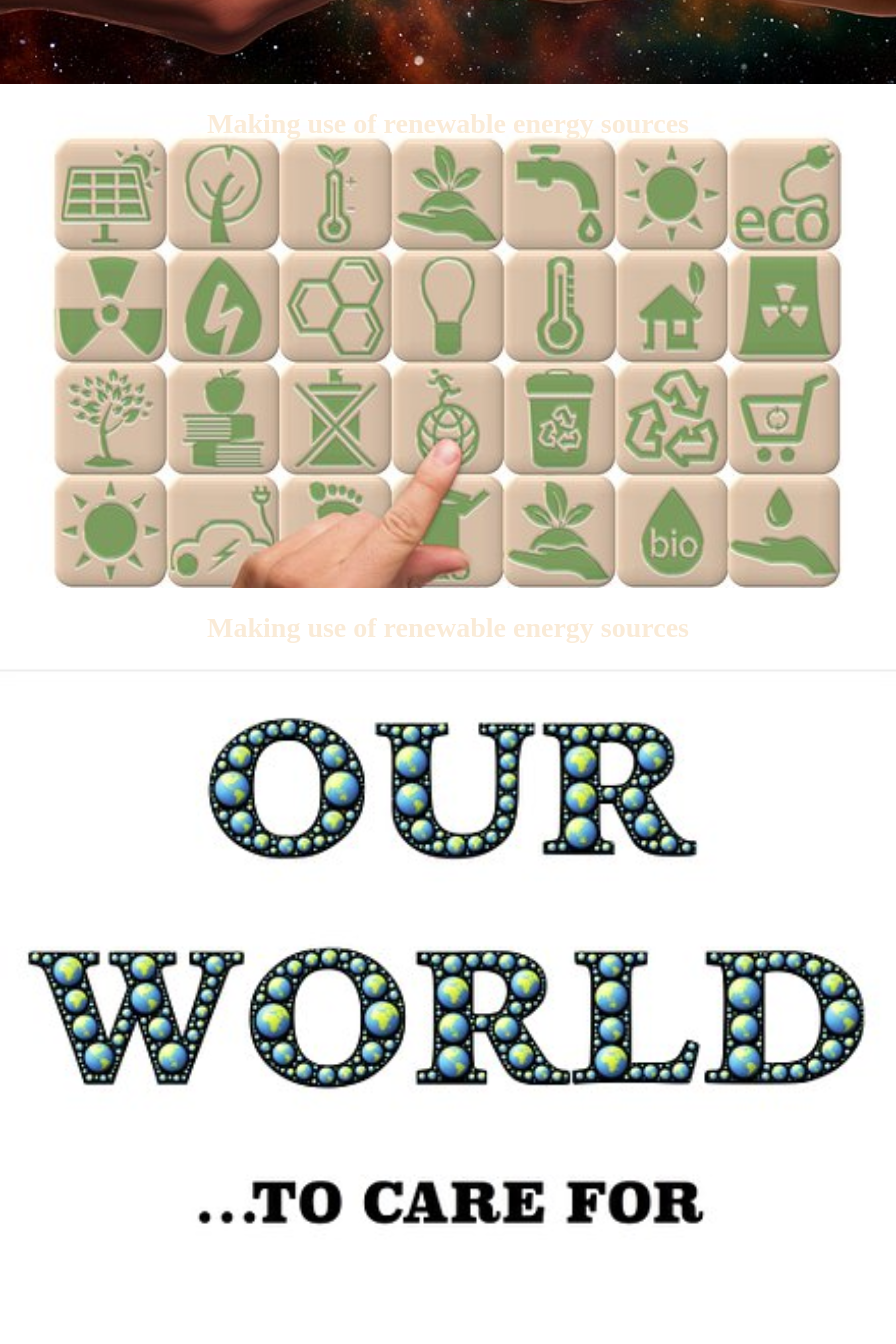
Repository: NavinDayanithi/static-web-design-competition
Page: index.html
An editor plug-in stored every save of this project. The page is shown before and after the next save, followed by the edit.
The browser window is 1280 px wide. The pictures show the part of the page from y = 2840 to 4760 px (the page is 4760 px tall before and 4400 px after), at 70% of full size.
Backgrounds fixed to the window are drawn as part of the page.

Above is the page before, as saved 2023-04-28 20:34:51.

### index.html
<!DOCTYPE html>
<html lang="en">
<head>
  <title>POWERING CLIMATE </title>
  <link rel="stylesheet" href="styles.css">
</head>
<body>
    <h1 >POWERING A CLIMATE FOR SAFER FUTURE</h1>
    <div class="box1">
        <h2>Making use of renewable energy sources</h2>
    </div>
    <div class="box2">
        <h2>Planting more trees</h2>
    </div>
    <div class="box3">
        <h2>Gaining natural source of energy</h2>
    </div>
    <div class="box4">
        <h2>Making use of renewable energy sources</h2>
    </div>
    <div class="box5">
        <h2>Making use of renewable energy sources</h2>
    </div>
    <div class="box6">
        <h2>Making use of renewable energy sources</h2>
    </div>
</body>
</html>

### styles.css

h1
{
    text-align:center;
    color:rgb(19, 20, 20);
    background-color: rgb(181, 191, 195);

}
h2{
    text-align: center;
    color: antiquewhite;
    font-size:40px;
}

 body{
    margin: 0;
    padding: 0;
    /* background-color: blue; */
}
head{
    text-align: center;
}

.box1{
    height: 100vh;
    width:100%;
    background-image: url(img1.jpg);
    background-size: cover;
    background-position: center;
    display: table;
    background-attachment: fixed;
}

.box2{
    height: 100vh;
    width:100%;
    background-image: url(img2.jpg);
    background-size: cover;
    background-position: center;
    display: table;
    background-attachment: fixed;
}

.box3{
    height: 100vh;
    width:100%;
    background-image: url(img3.jpg);
    background-size:cover;
    display: table;
    background-attachment: fixed;

}


.box4{
    height: 100vh;
    width:100%;
    background-image: url(img4.jpg);
    background-size: cover;
    background-position: center;
    display: table;
    background-attachment: fixed;
}

.box5{
    height: 100vh;
    width:100%;
    background-image: url(img5.jpg);
    background-size: cover;
    /* background-position: center; */
    display: table;
    background-attachment: fixed;
}

.box6{
    height: 150vh;
    width:100%;
    background-image: url(img6.jpg);
    background-size: cover;
  background-position: center;
    display: table;
    background-attachment: fixed;
}

After the next save:
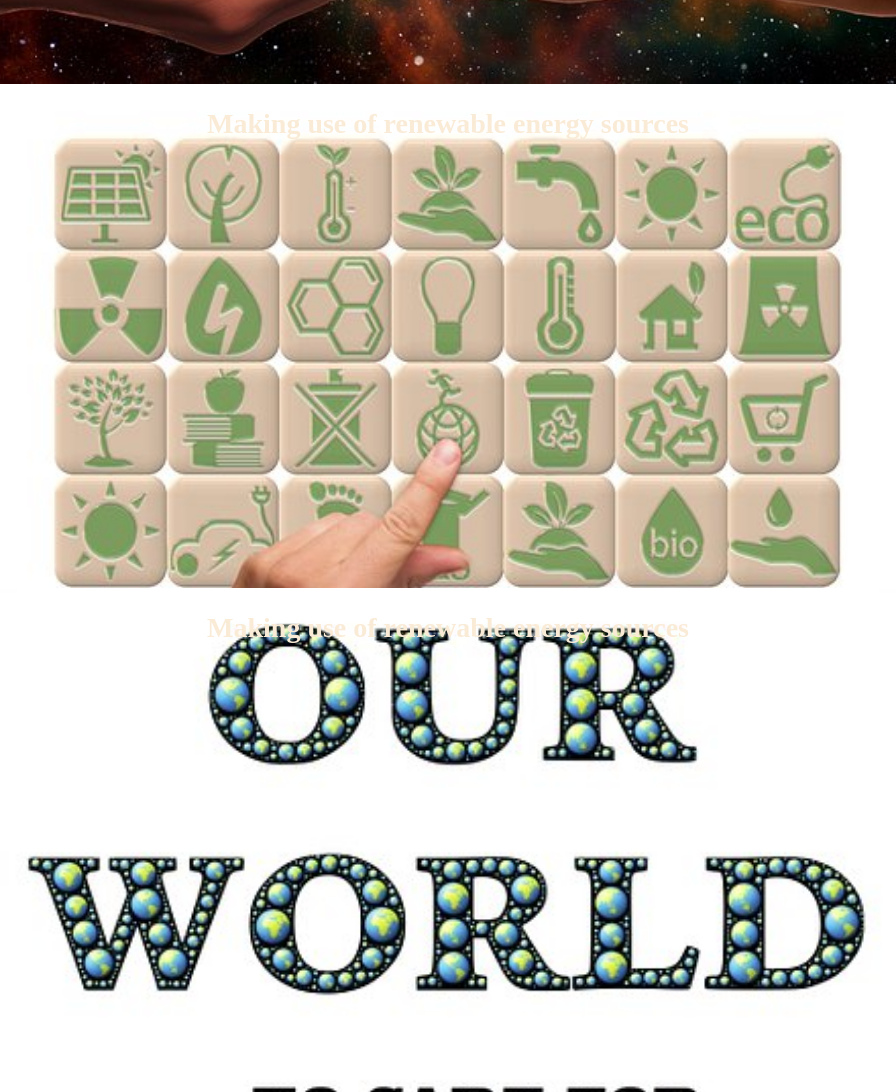
Saved 65 s later.
--- a/styles.css
+++ b/styles.css
@@ -73,7 +73,7 @@ head{
 }
 
 .box6{
-    height: 150vh;
+    height: 100vh;
     width:100%;
     background-image: url(img6.jpg);
     background-size: cover;
